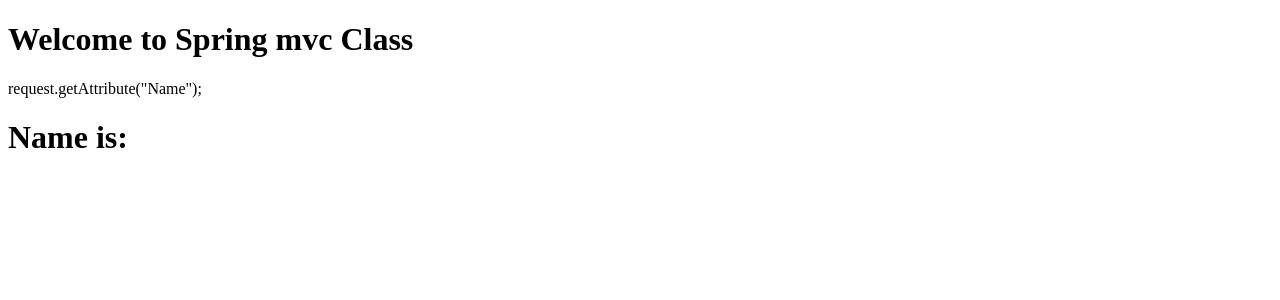
Repository: priyaadya/spring-practice-codes
Page: http://localhost/SpringmvcProject/home
These files come from the project's save history. The page is drawn as it stood at one moment and after the next save; the edit follows.
The browser window is 1280 px wide. The pictures show the whole page.
The page is served by Tomcat 9.

Above is the page before, as saved 2023-05-31 16:33:51.

After the next save:
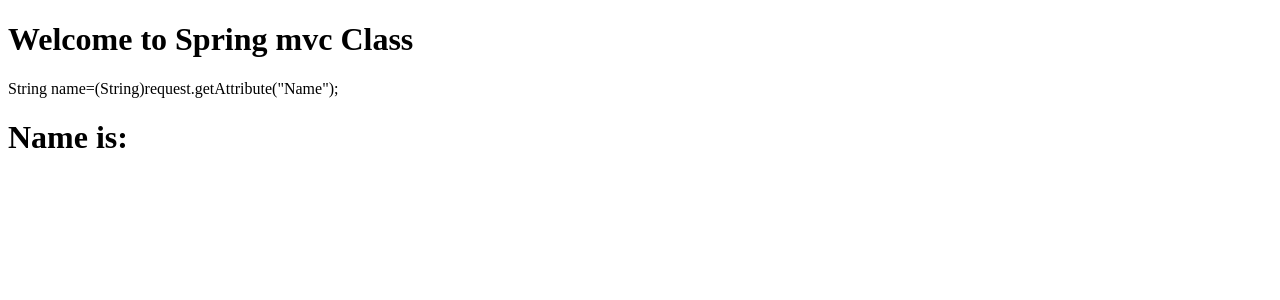
Saved 7 min 20 s later.
--- a/SpringmvcProject/src/main/webapp/WEB-INF/views/index4.jsp
+++ b/SpringmvcProject/src/main/webapp/WEB-INF/views/index4.jsp
@@ -9,7 +9,7 @@
 <body>
 <h1>Welcome to Spring mvc Class</h1>
 
-request.getAttribute("Name");
+String name=(String)request.getAttribute("Name");
 
 <h1>Name is:</h1>
 
